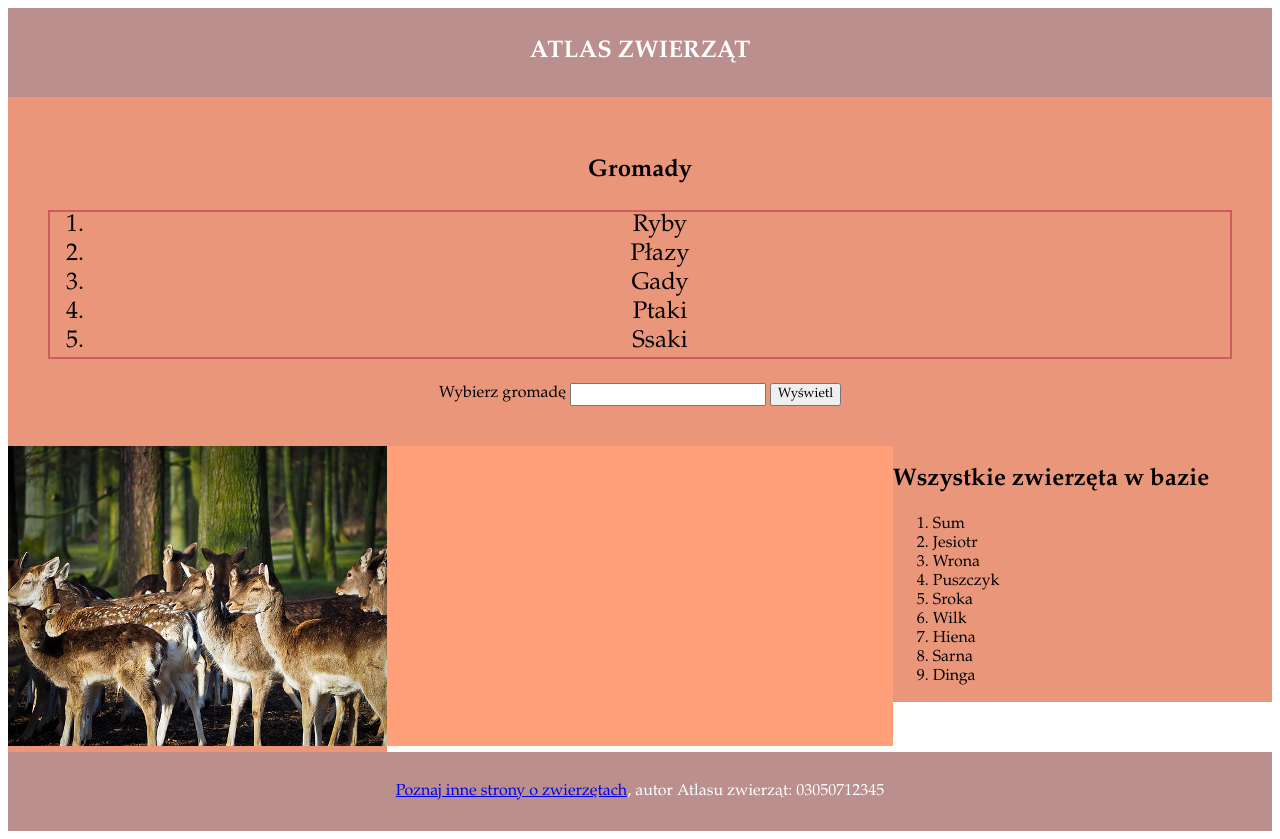
Repository: Lenerystia/HTML
Page: Zad.egz_3/index.html
The author's editor kept a copy of each file at every save. The page is drawn from the files as they stood at one save, then again after the next save.
The browser window is 1280 px wide. The pictures show the whole page.

Above is the page before, as saved 2021-12-22 14:00:21.

### Zad.egz_3/index.html
<!DOCTYPE html>
<head>
    <meta http-equiv="content-type" type="text/html" charset="UTF-8">
    <title>Dane o zwierzętach</title>
    <link rel="stylesheet" href="styl3.css">
</head>
<body>
    <section class="baner">
        <h1>ATLAS ZWIERZĄT</h1>
    </section>
    <section class="formularz">
        <h2>Gromady</h2>
        <ol>
            <li>Ryby</li>
            <li>Płazy</li>
            <li>Gady</li>
            <li>Ptaki</li>
            <li>Ssaki</li>
        </ol>
        <form action="http://www.przykładowastrona.com" method="post">Wybierz gromadę
            <input type="number" name="Wybierz gromadę" id="gromada">
            <input type="submit" value="Wyświetl">
        </form>
    </section>
    <section class="glownyLewy">
        <img src="zwierzeta.jpg" alt="dzikie zwierzęta">
    </section>
    <section class="glownySrodkowy">

    </section>
    <section class="glownyPrawy">
        <h2>Wszystkie zwierzęta w bazie</h2>
        <ol>
            <li>Sum</li>
            <li>Jesiotr</li>
            <li>Wrona</li>
            <li>Puszczyk</li>
            <li>Sroka</li>
            <li>Wilk</li>
            <li>Hiena</li>
            <li>Sarna</li>
            <li>Dinga</li>
        </ol>
    </section>
    <section class="stopka">
        <a href="http://atlas-zwierzat.pl" target="_blank">Poznaj inne strony o zwierzętach</a>, autor Atlasu zwierząt: 03050712345

    </section>
</body>
</html>

### Zad.egz_3/styl3.css
*{
    font-family: Garamond;
}
.baner{
    background-color: rosybrown;
    color: white;
    text-align: center;
    padding: 10px;
}
.formularz{
    background-color: darksalmon;
    text-align: center;
    padding: 40px;
}
.glownyLewy, .glownyPrawy{
    background-color: darksalmon;
}
.glownyLewy{
    float: left;
    width: 30%;
}
.glownySrodkowy{
    background-color: lightsalmon;
    height: 300px;
    width: 40%;
    float: left;
}
.glownyPrawy{
    float: left;
    width: 30%;
}
.stopka{
    background-color: rosybrown;
    color: white;
    text-align: center;
    padding: 30px;
    clear: both;
}
.formularz ol{
    border: 2px solid rgb(205, 92, 92);
    font-size: 150%;
}

After the next save:
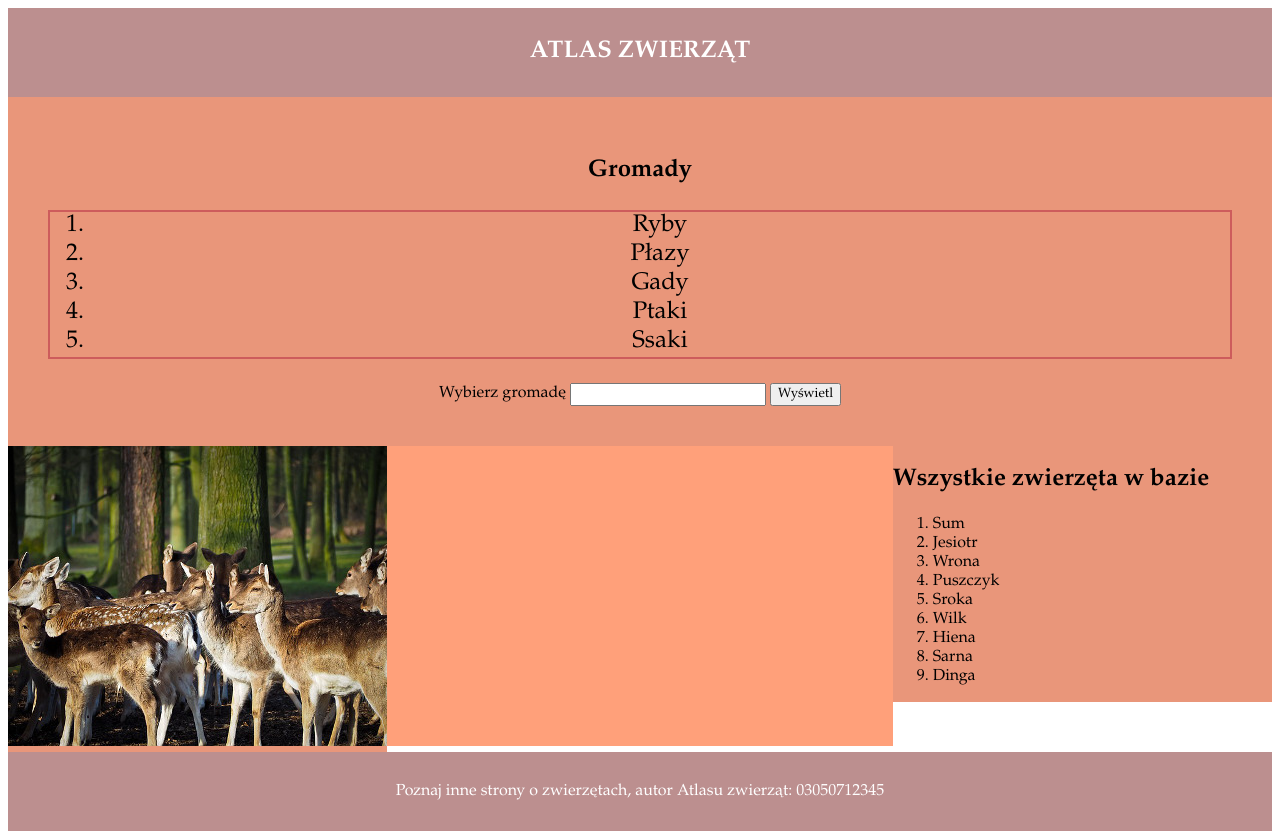
Saved 37 s later.
--- a/Zad.egz_3/index.html
+++ b/Zad.egz_3/index.html
@@ -43,7 +43,7 @@
         </ol>
     </section>
     <section class="stopka">
-        <a href="http://atlas-zwierzat.pl" target="_blank">Poznaj inne strony o zwierzętach</a>, autor Atlasu zwierząt: 03050712345
+        <a href="atlas-zwierzat.pl"></a> Poznaj inne strony o zwierzętach</a>, autor Atlasu zwierząt: 03050712345
 
     </section>
 </body>

After the save that followed:
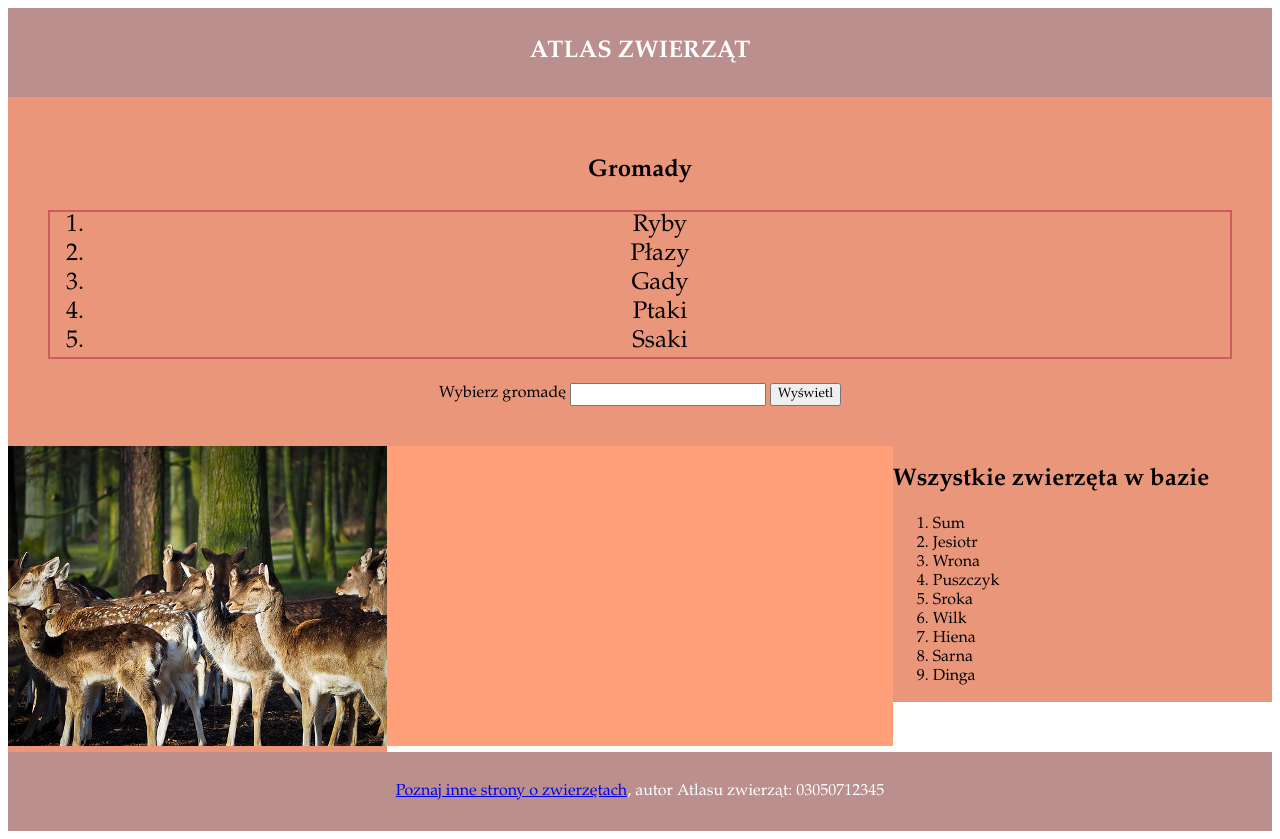
Saved 6 s later.
--- a/Zad.egz_3/index.html
+++ b/Zad.egz_3/index.html
@@ -43,7 +43,7 @@
         </ol>
     </section>
     <section class="stopka">
-        <a href="atlas-zwierzat.pl"></a> Poznaj inne strony o zwierzętach</a>, autor Atlasu zwierząt: 03050712345
+        <a href="atlas-zwierzat.pl"> Poznaj inne strony o zwierzętach</a>, autor Atlasu zwierząt: 03050712345
 
     </section>
 </body>
